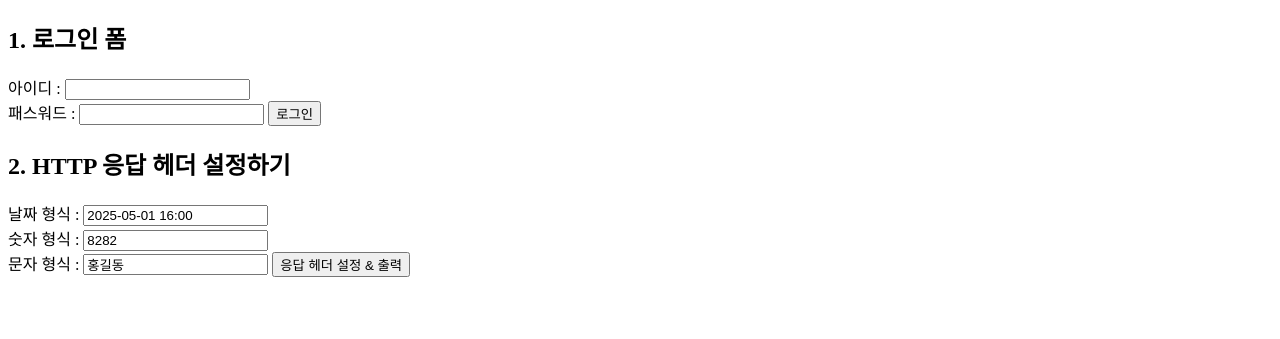
Repository: iamstudybox00/JSP_Servlet
Page: http://localhost/MustHaveJSP/02ImplicitObject/ResponseMain.jsp
An editor plug-in stored every save of this project. The page is shown before and after the next save, followed by the edit.
The browser window is 1280 px wide. The pictures show the whole page.
The page is served by Tomcat 10.

Above is the page before, as saved 2025-05-02 07:17:59.

After the next save:
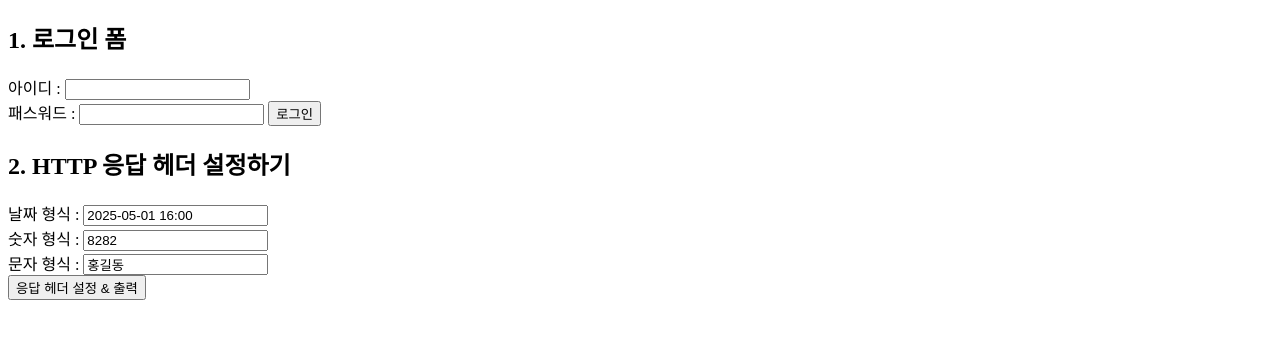
Saved 6 s later.
--- a/MustHaveJSP/src/main/webapp/02ImplicitObject/ResponseMain.jsp
+++ b/MustHaveJSP/src/main/webapp/02ImplicitObject/ResponseMain.jsp
@@ -24,7 +24,7 @@
 		<form action="./ResponseHeader.jsp" method="get">
 			날짜 형식 : <input type="text" name="add_date" value="2025-05-01 16:00" /><br/>
 			숫자 형식 : <input type="text" name="add_int" value="8282" /><br/>
-			문자 형식 : <input type="text" name="add_str" value="홍길동" />
+			문자 형식 : <input type="text" name="add_str" value="홍길동" /><br/>
 			<input type="submit" value="응답 헤더 설정 & 출력" />
 		</form>
 	</body>
